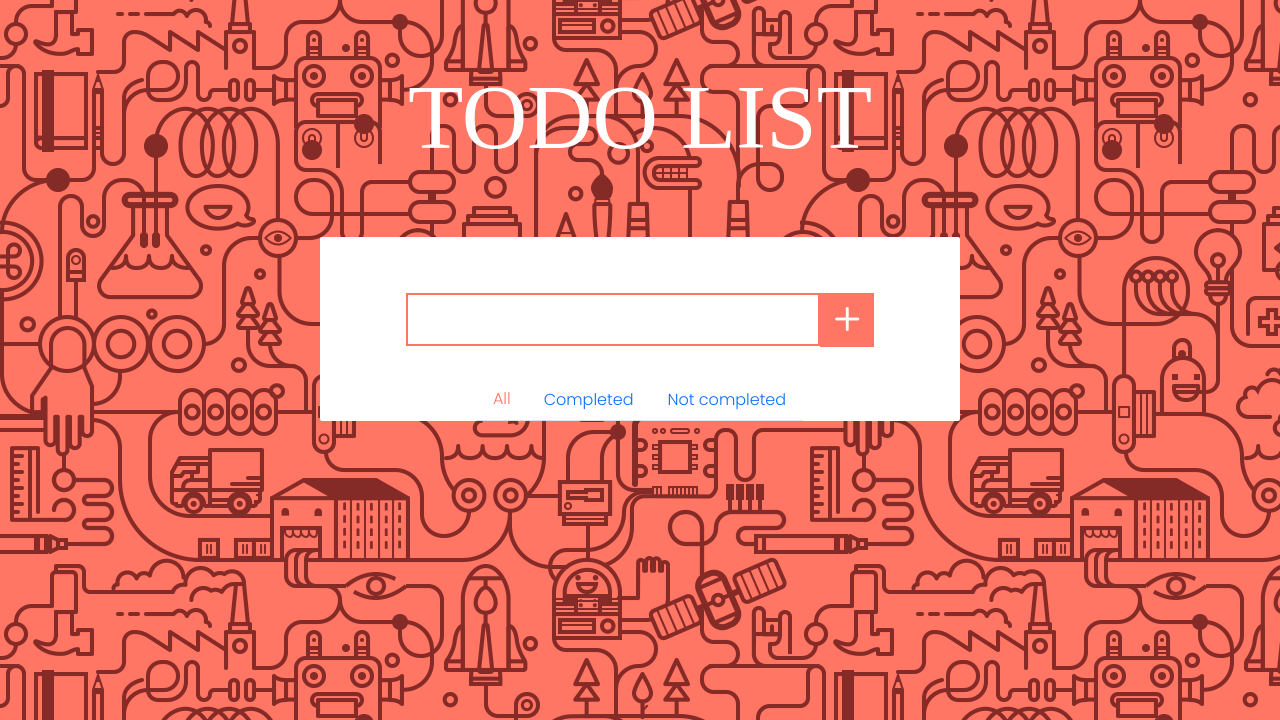
Repository: zum281/todo-list
Page: index.html
The author's editor kept a copy of each file at every save. The page is drawn from the files as they stood at one save, then again after the next save.
The browser window is 1280 px wide. The pictures show the whole page.
Some web fonts or font styles are not loaded; a fallback is used. Some web libraries are served in a nearby version. The style sheet was rebuilt from its Sass, Less or Tailwind sources for each picture, by a compiler version that may differ from the author's.

Above is the page before, as saved 2021-03-07 14:13:41.

After the next save:
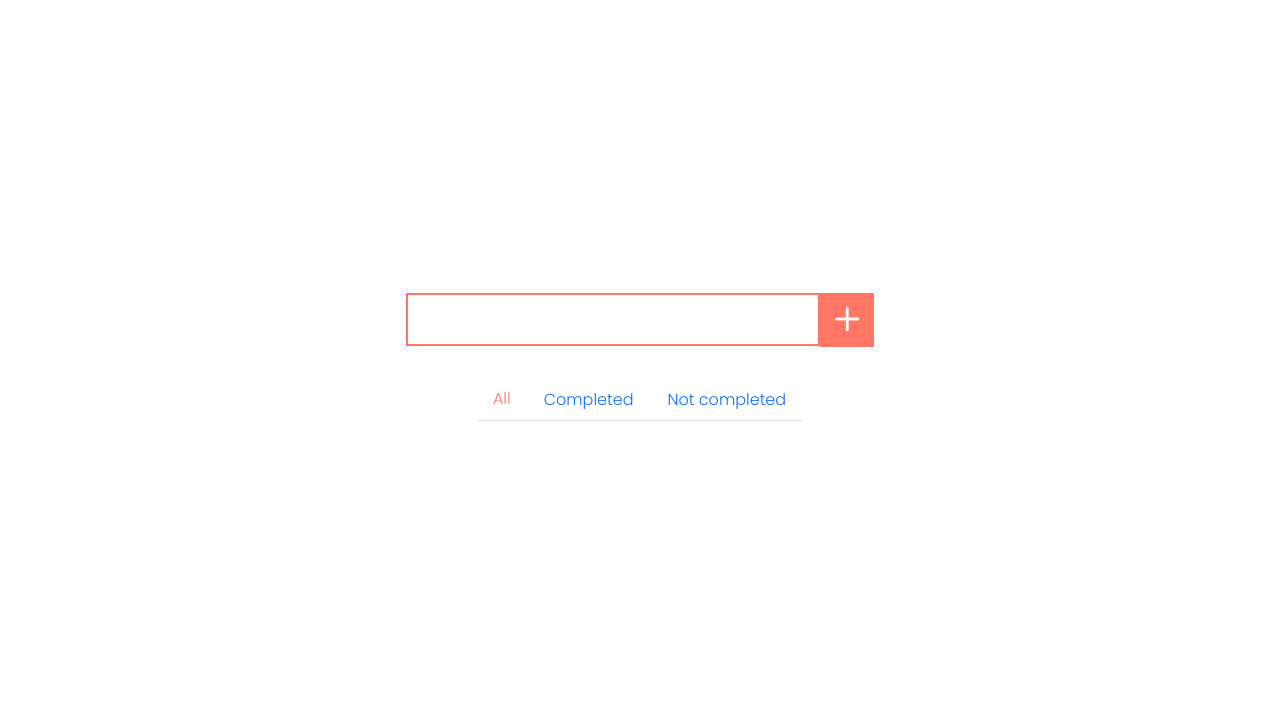
Saved 8 s later.
--- a/sass/main.scss
+++ b/sass/main.scss
@@ -10,7 +10,7 @@
 body {
     font-weight: 300;
     font-family: "Poppins";
-    background: url("/assets/science.png");
+
     background-repeat: repeat;
     color: #333333;
 }
